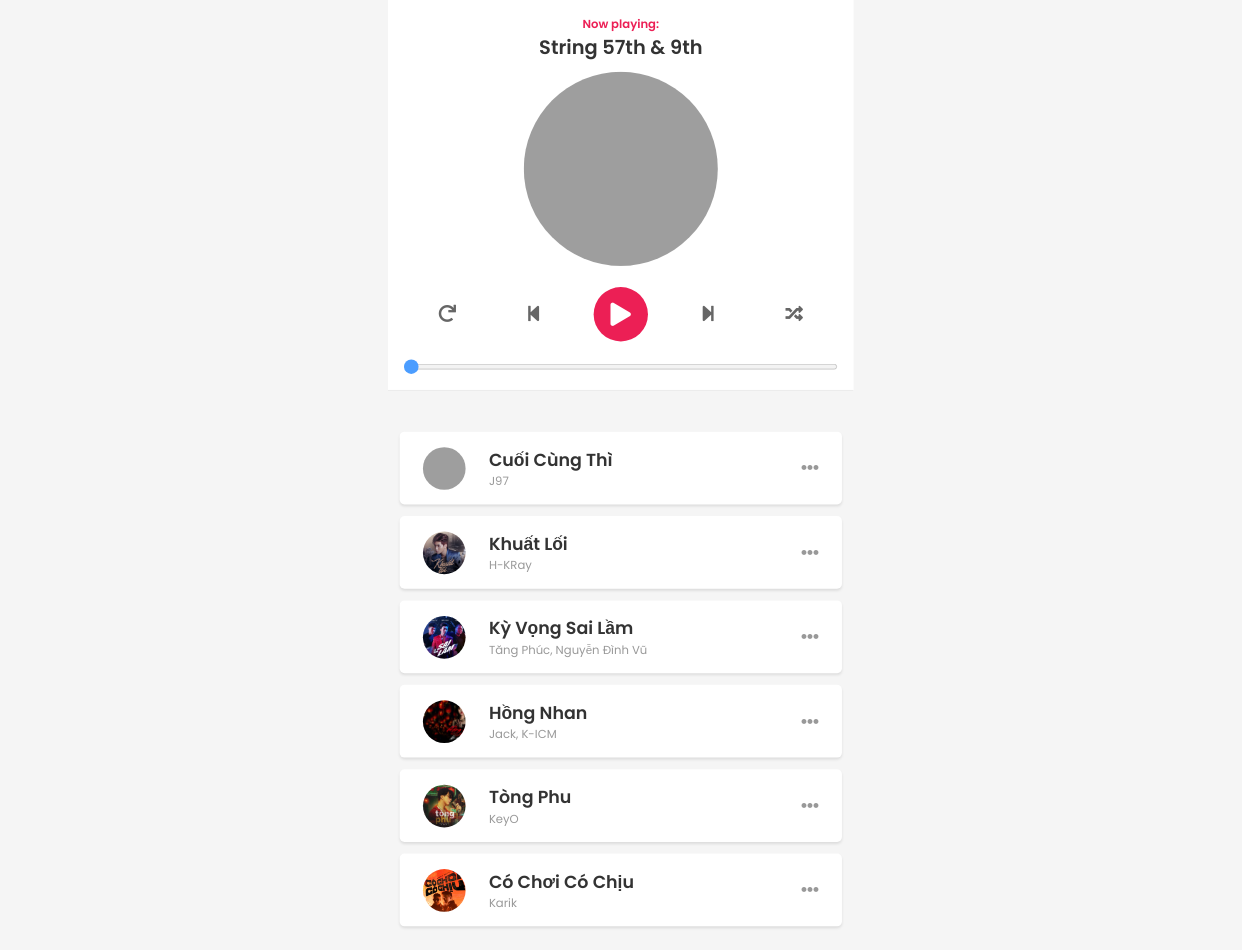
Repository: hoaphan14th/MusicPlayer
Page: index.html
An editor plug-in stored every save of this project. The page is shown before and after a run of saves, followed by the edit.
The browser window is 1280 px wide. The pictures show the whole page, at 97% of full size.
Pictures or frames that could not be fetched are drawn as grey boxes.

Above is the page before, as saved 2023-03-17 11:59:40.

After the next 2 saves:
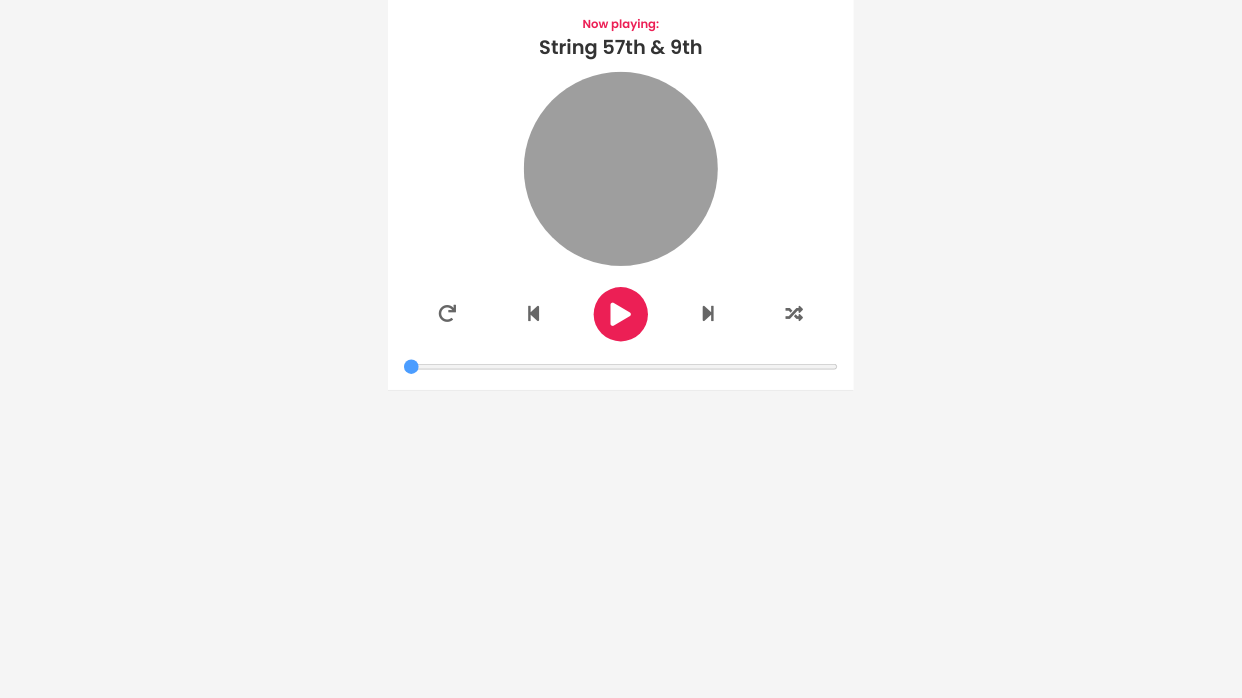
Console error: TypeError: this.currentSong is not a function
The 2 saves are shown as one change because they came seconds apart.
The last was saved 80 s later.
--- a/main.js
+++ b/main.js
@@ -79,6 +79,8 @@
     start: function() {
         this.handleEvents();
 
+        this.currentSong();
+
         this.render();
     }
 }

After the save that followed:
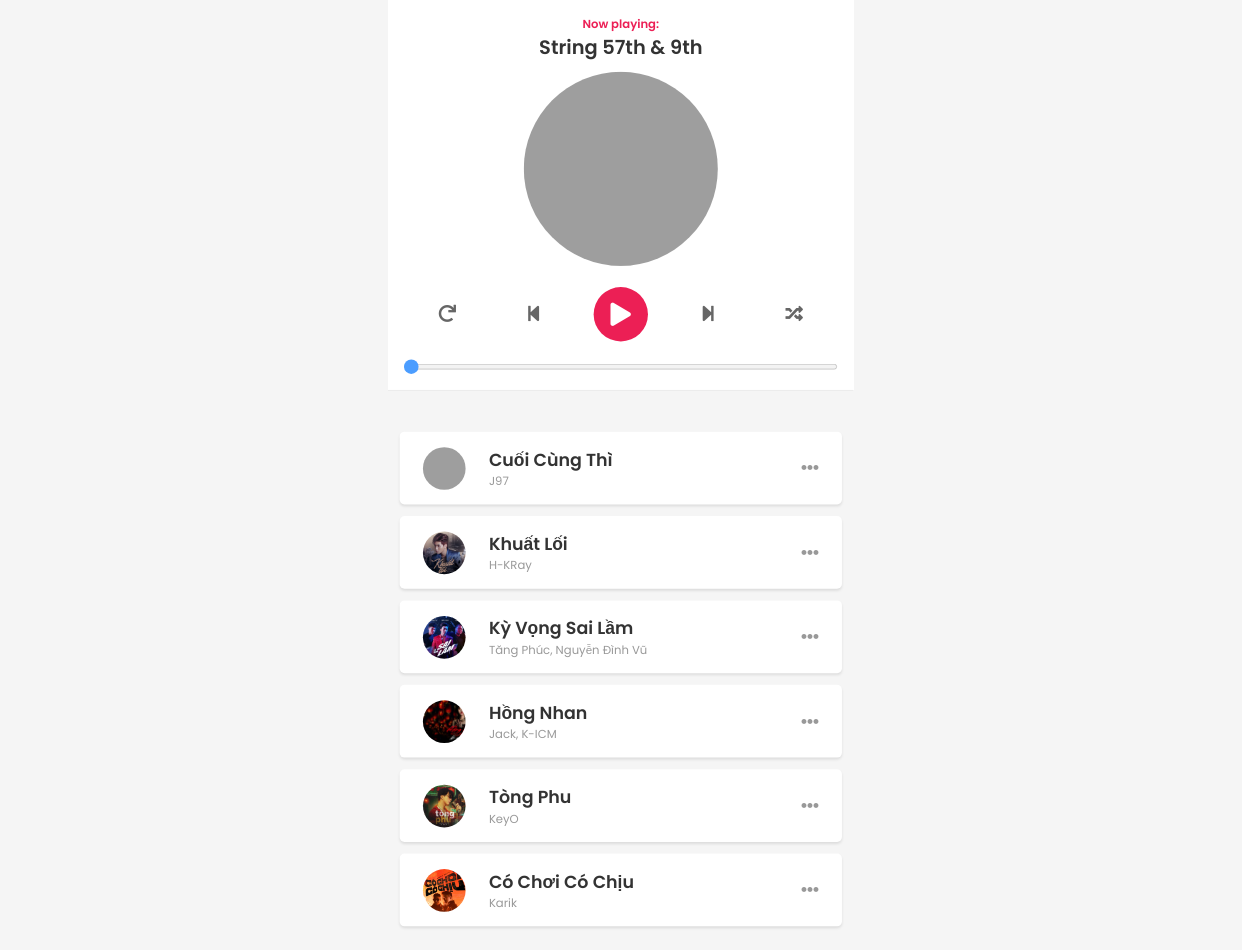
The error is gone.
Saved 7 s later.
--- a/main.js
+++ b/main.js
@@ -79,7 +79,6 @@
     start: function() {
         this.handleEvents();
 
-        this.currentSong();
 
         this.render();
     }
